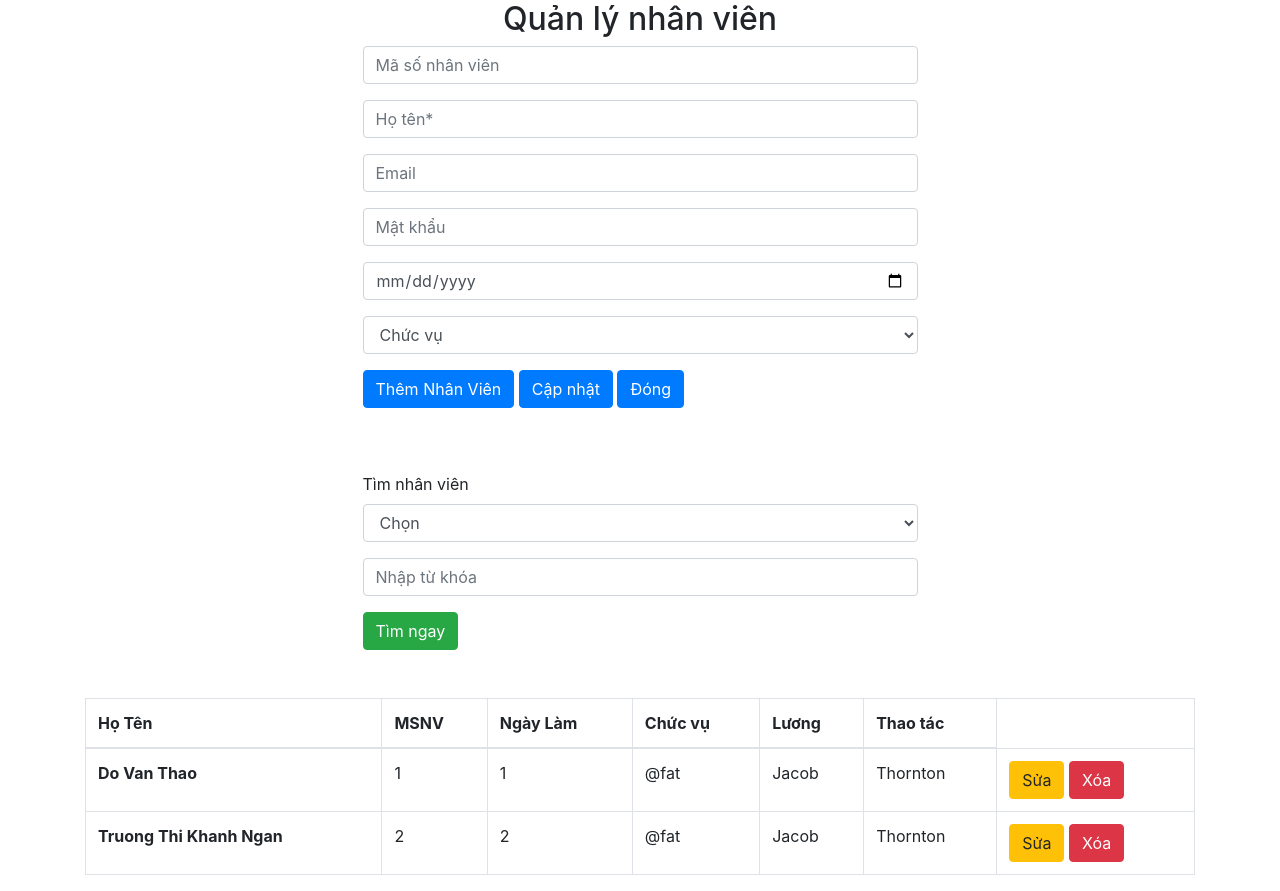
Repository: dovanthao2404/quanlynhanvien
Page: index.html
The author's editor kept a copy of each file at every save. The page is drawn from the files as they stood at one save, then again after the next save.
The browser window is 1280 px wide. The pictures show the whole page.

Above is the page before, as saved 2021-06-30 00:56:54.

### index.html
<!DOCTYPE html>
<html lang="en">

<head>
  <meta charset="UTF-8">
  <meta http-equiv="X-UA-Compatible" content="IE=edge">
  <meta name="viewport" content="width=device-width, initial-scale=1.0">
  <title>Quan Ly Nhan Vien</title>
  <!-- BOOTSTRAP  -->
  <link rel="stylesheet" href="https://cdn.jsdelivr.net/npm/bootstrap@4.6.0/dist/css/bootstrap.min.css"
    integrity="sha384-B0vP5xmATw1+K9KRQjQERJvTumQW0nPEzvF6L/Z6nronJ3oUOFUFpCjEUQouq2+l" crossorigin="anonymous">
  <!-- MAIN CSS -->
  <link rel="stylesheet" href="./css/style.css">
</head>

<body>
  <div class="main">
    <div class="add-staff">
      <div class="container">
        <form>
          <div class="row">
            <div class="col">
              <div class="add-staff__content w-50 mx-auto">
                <div class="add-staff-title">
                  <h2 id="header-title" class="text-center">Quản lý nhân viên</h2>
                </div>
                <div class="form-group">
                  <input type="text" class="form-control" id="msnv" placeholder="Mã số nhân viên">
                  <span id="thongBaoMNV" class="sp-thongbao text-danger"></span>
                </div>
                <div class="form-group">
                  <input type="text" class="form-control" id="hoTen" placeholder="Họ tên*">
                  <span id="thongBaoHo" class="sp-thongbao text-danger"></span>
                </div>
                <div class="form-group">
                  <input type="text" class="form-control" id="email" placeholder="Email">
                  <span id="thongBaoMNV" class="sp-thongbao text-danger"></span>
                </div>
                <div class="form-group">
                  <input type="password" class="form-control" id="matKhau" placeholder="Mật khẩu">
                  <span id="thongBaoMNV" class="sp-thongbao text-danger"></span>

                </div>
                <div class="form-group">
                  <input type="date" class="form-control" id="ngayLam">
                  <span id="thongBaoNgayLam" class="sp-thongbao text-danger"></span>

                </div>
                <div class="form-group">
                  <select id="chucVu" class="form-control">
                    <option selected>Chức vụ</option>
                    <option>Sếp</option>
                    <option>Trưởng Phòng</option>
                    <option>Nhân Viên</option>
                  </select>
                  <span id="thongBaoChucVu" class="sp-thongbao text-danger"></span>

                </div>
                <div class="form-group">

                  <button class="btn btn-primary" type="button" id="btnThemNhanVien">Thêm Nhân Viên</button>
                  <button class="btn btn-primary" type="button" id="btnCapNhat">Cập nhật</button>
                  <button class="btn btn-primary" type="button" id="btnDong">Đóng</button>
                </div>
              </div>
            </div>
          </div>

        </form>
      </div>
    </div>
    <div class="search-staff my-5">
      <div class="container">
        <div class="add-staff__content w-50 mx-auto">
          <div class="form-group">
            <label for="">Tìm nhân viên</label>
            <select id="" class="form-control">
              <option selected>Chọn</option>
              <option>Theo Tên</option>
              <option>Theo mã</option>
            </select>
            <span class="sp-thongbao text-danger"></span>
          </div>
          <div class="form-group">
            <input class="form-control" type="text" placeholder="Nhập từ khóa">
          </div>
          <div class="form-group">
            <input class="btn btn-success" type="button" value="Tìm ngay">
          </div>
        </div>
      </div>
    </div>
  </div>

  <div class="list-staff">
    <div class="container">
      <div id="list-staff__content">
        <table id="" class="table table-bordered">
          <thead>
            <tr>
              <th scope="col">Họ Tên</th>
              <th scope="col">MSNV</th>
              <th scope="col">Ngày Làm</th>
              <th scope="col">Chức vụ</th>
              <th scope="col">Lương</th>
              <th scope="col">Thao tác</th>
            </tr>
          </thead>
          <tboby>
            <tr>
              <th scope="row">a</th>
              <td>Jacob</td>
              <td>Thornton</td>
              <td>@fat</td>
              <td>Jacob</td>
              <td>
                <button class="btn btn-warning" id="sua">Sửa</button>
                <button class="btn btn-danger" id="xoa">Xóa</button>
              </td>
            </tr>
          </tboby>
        </table>
      </div>
    </div>
  </div>
  <!-- BOOSTRAP -->
  <script src="https://code.jquery.com/jquery-3.5.1.slim.min.js"
    integrity="sha384-DfXdz2htPH0lsSSs5nCTpuj/zy4C+OGpamoFVy38MVBnE+IbbVYUew+OrCXaRkfj"
    crossorigin="anonymous"></script>
  <script src="https://cdn.jsdelivr.net/npm/bootstrap@4.6.0/dist/js/bootstrap.bundle.min.js"
    integrity="sha384-Piv4xVNRyMGpqkS2by6br4gNJ7DXjqk09RmUpJ8jgGtD7zP9yug3goQfGII0yAns"
    crossorigin="anonymous"></script>
  <script src="./js/NhanVien.js"></script>
  <script src="js/CongTy.js"></script>
  <script src="js/main.js"></script>
</body>

</html>

### js/NhanVien.js
class NhanVien {

  constructor(maNV, hoTen, email, matKhau, ngayLamViec, chucVu) {
    this.maNV = maNV;
    this.hoTen = hoTen;
    this.email = email;
    this.matKhau = matKhau;
    this.ngayLamViec = ngayLamViec;
    this.chucVu = chucVu;
    this.mangDoiChieu = [this.maNV, this.hoTen, this.email
      , this.matKhau, this.ngayLamViec, this.chucVu];
  }
}

### js/CongTy.js
class CongTy {
  constructor() {
    this.DanhSachNhanVien = [];
  }
  // Phương thức thêm nhân viên mới vào mảng (thuộc tính) DanhSachNhanVien
  ThemNhanVien(nhanVienMoi) {
    this.DanhSachNhanVien = [...this.DanhSachNhanVien, nhanVienMoi];
  }

  // Phước thức tìm nhân viên theo mã nhân viên, trả về vị trí nhân viên trong mảng DanhSachNhanVien
  TimViTriNhanVien(maNV) {
    // return this.DanhSachNhanVien.find(nhanVien => nhanVien.maNV === maNV)
    for (let viTri in this.DanhSachNhanVien) {
      if (this.DanhSachNhanVien[viTri].maNV === maNV) {
        return viTri;
      }
    }
    return -1;
  }

  // Tìm nhân viên theo mã trả về nhân viên
  TimNhanVienTheoMa(maNV) {
    let viTri = this.TimViTriNhanVien(maNV);
    if (viTri != -1) {
      return this.DanhSachNhanVien[viTri];
    } else {
    }
  }

  // Xóa nhân viên theo mã
  XoaNhanVien(maNV) {
    let viTri = this.TimViTriNhanVien(maNV);
    if (viTri != -1) {
      this.DanhSachNhanVien.splice(viTri, 1);
    } else {
    }
  }

  // Sửa nhân viên
  SuaNhanVien(nhanVien) {
    let viTri = this.TimViTriNhanVien(nhanVien.maNV);
    this.DanhSachNhanVien[viTri] = nhanVien;
  }

  // Tìm nhân viên theo tên --> trả về danh sách nhân viên
  TimNhanVienTheoTen(hoTen) {
    let dskq = new CongTy();
    hoTen = hoTen.trim().toUpperCase();
    for (let nhanVien of this.DanhSachNhanVien) {
      let hoTenNV = nhanVien.hoTen.trim().toUpperCase();
      if (hoTenNV.search(hoTen) !== -1) {
        dskq.ThemNhanVien(nhanVien);
      }
    }
    return dskq;
  }
}

### js/main.js
function getEle(ele) {
  return document.getElementById(ele);
}

var congTy = new CongTy();
var nhanVienMoi = new NhanVien('1', "Do Van Thao", 'abc@gmail.com', 'truongthikhanhngan', 'ngayLamViec', 'chucVu');
congTy.ThemNhanVien(nhanVienMoi);
nhanVienMoi = new NhanVien('2', "Truong Thi Khanh Ngan", 'abc@gmail.com', 'truongthikhanhngan', 'ngayLamViec', 'chucVu');
congTy.ThemNhanVien(nhanVienMoi);

// Ham goi modal popup: Them Nhan Vien or Sua thong tin nhan vien
GoiModal = (modal_title, readonly = false, type = 1) => {
  // type = 1: them nhan vien, type = 2: sua thong tin
  getEle('header-title').innerHTML = modal_title;
  getEle('msnv').readonly = readonly;

  switch (type) {
    case 1: //Them nhanVien
      getEle("btnThemNhanVien").style.display = "inline-block";
      getEle("btnCapNhat").style.display = "none";
      getEle("btnDong").style.display = "inline-block";
      break;

    case 2:
      getEle("btnCapNhat").style.display = "inline-block";
      getEle("btnThemNhanVien").style.display = "none";
      getEle("btnDong").style.display = "inline-block";
      break;
  }
}

// Reset form
XoaForm = () => {
  let elements = document.getElementsByTagName('input');
  for (let element of elements) {
    element.value = '';
  }
  document.getElementById('chucVu').selectedIndex = 0;
}

let trangHienThi = 1;
// HienThiDanhSach = (dsnv) => {
//   let tbody = getEle("tableDanhSach");
//   let htmls = '';
//   let soNV = dsnv.length;
//   for (let i = 0; i < soNV; i++) {
//     htmls += `<tr>
//       <th scope="row">${dsnv[i].maNV}</th>
//       <td>Jacob</td>
//       <td>Thornton</td>
//       <td>@fat</td>
//       <td>Jacob</td>
//       <td>Thornton</td>
//       <td>
//         <button class="btn btn-warning" id="sua">Sửa</button>
//         <button class="btn btn-danger" id="xoa">Xóa</button>
//       </td>
//     </tr>`
//   }
//   tbody.innerHTML = htmls;
// }
// HienThiDanhSach(congTy.DanhSachNhanVien);

function HienThiDanhSach(dsnv) {
  var tbody = document.querySelector('table tbody');
  // let tbody = getEle("tableDanhSach");
  var htmls = '';
  let soNV = dsnv.length;
  for (let i = 0; i < soNV; i++) {
    htmls += `<tr>
          <th scope="row">${dsnv[i].hoTen}</th>
          <td>${dsnv[i].maNV}</td>
          <td>${dsnv[i].maNV}</td>
          <td>@fat</td>
          <td>Jacob</td>
          <td>Thornton</td>
          <td>
            <button class="btn btn-warning" id="sua">Sửa</button>
            <button class="btn btn-danger" id="xoa">Xóa</button>
          </td>
        </tr>`
  }
  tbody.innerHTML = htmls;
}
HienThiDanhSach(congTy.DanhSachNhanVien);

Loaded but not shown: css/style.css (common file)

After the next save:
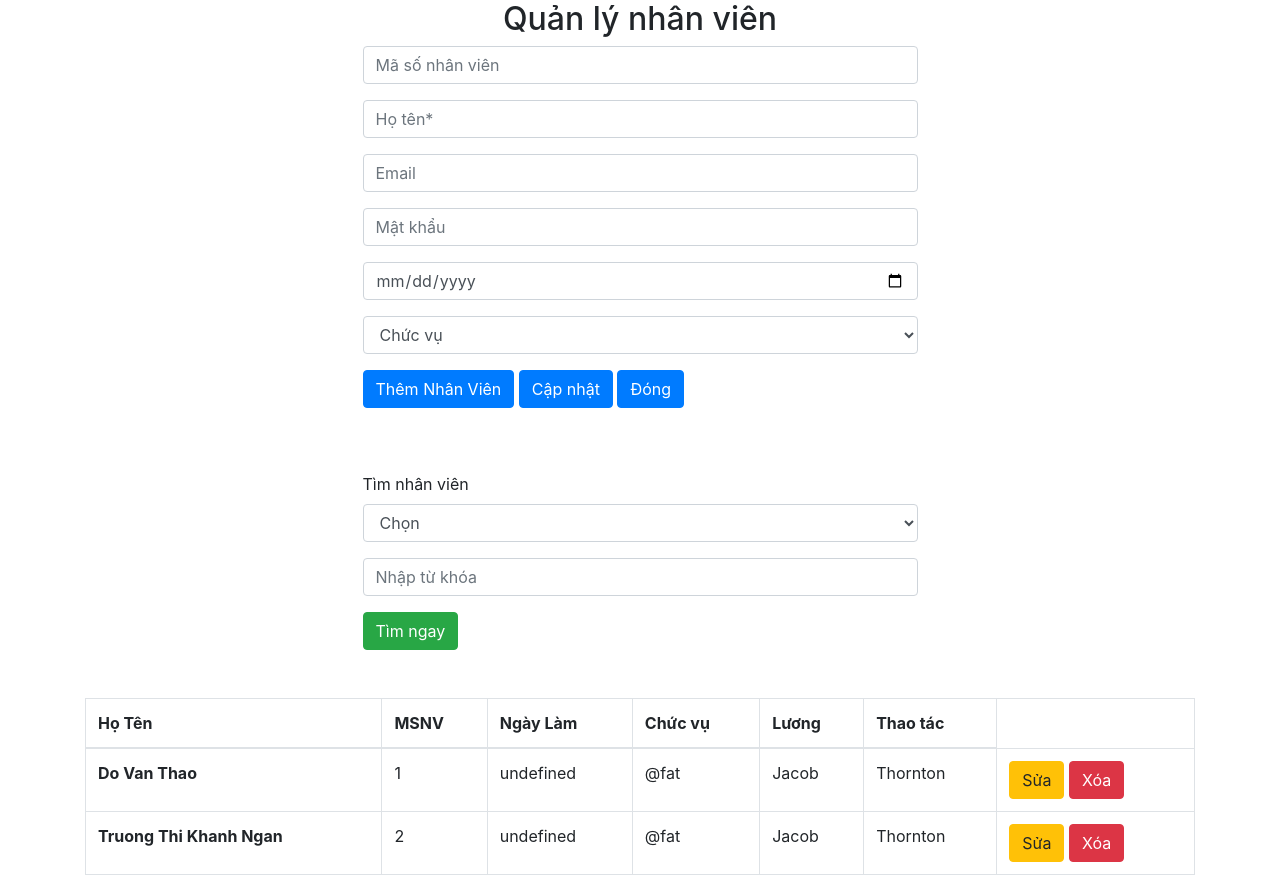
Saved 9 s later.
--- a/js/main.js
+++ b/js/main.js
@@ -70,7 +70,7 @@ function HienThiDanhSach(dsnv) {
     htmls += `<tr>
           <th scope="row">${dsnv[i].hoTen}</th>
           <td>${dsnv[i].maNV}</td>
-          <td>${dsnv[i].maNV}</td>
+          <td>${dsnv[i].ngayLam}</td>
           <td>@fat</td>
           <td>Jacob</td>
           <td>Thornton</td>
